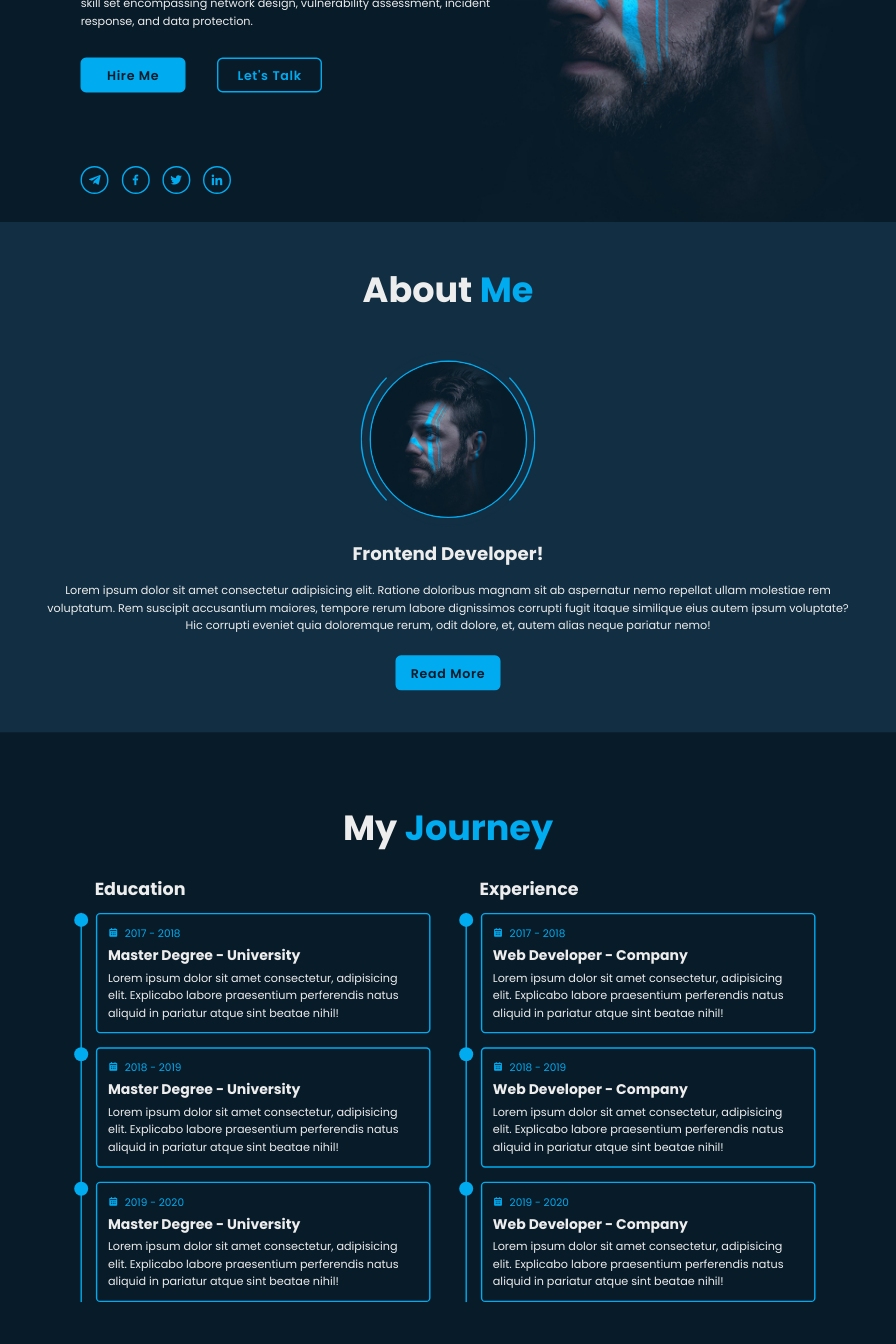
Repository: whoami2991/Sardor-Portfolio
Page: index.html
An editor plug-in stored every save of this project. The page is shown before and after the next save, followed by the edit.
The browser window is 1280 px wide. The pictures show the part of the page from y = 403 to 2323 px (the page is 3867 px tall), at 70% of full size.

Above is the page before, as saved 2024-08-28 14:38:23.
Console error: ReferenceError: documant is not defined

### index.html
<!DOCTYPE html>
<html lang="en">

<head>
    <meta charset="UTF-8">
    <meta http-equiv="X-UA-Compatible" content="IE=edge">
    <meta name="viewport" content="width=device-width, initial-scale=1.0">
    <title>Portfolio</title>

    <link rel="stylesheet" href="css/style.css">

    <!-- box icons -->
    <link href='https://unpkg.com/boxicons@2.1.4/css/boxicons.min.css' rel='stylesheet'>
</head>

<body>

    <!-- header design -->
    <header class="header">
        <a href="#" class="logo">I <span>S</span> M</a>

        <div class="bx bx-menu" id="menu-icon"></div>

        <nav class="navbar">
            <a href="#home" class="active">Home</a>
            <a href="#about">About</a>
            <a href="#education">Education</a>
            <a href="#skills">Skills</a>
            <a href="#contact">Contact</a>
        </nav>
    </header>

    <!-- home section design -->
    <section class="home" id="home">
        <div class="home-content">
            <h1>Hi, I'm <span>Sardor Ismoilov</span></h1>
            <div class="text-animate">
                <h3>Frontend Developer</h3>
            </div>
            <p>With over 10 years of experience in the technology industry, I am a seasoned IT professional specializing in cybersecurity and network infrastructure. Throughout my career, I have developed a comprehensive skill set encompassing network design, vulnerability assessment, incident response, and data protection.</p>
            <div class="btn-box">
                <a href="#" class="btn">Hire Me</a>
                <a href="#" class="btn">Let's Talk</a>
            </div>
        </div>

        <div class="home-sci">
            <a href="https://t.me/ism018"><i class='bx bxl-telegram' ></i></a>
            <a href="https://facebook.com/sardorbek.ismoilov.545"><i class='bx bxl-facebook' ></i></a>
            <a href="https://twitter.com/Snuff_018"><i class='bx bxl-twitter' ></i></a>
            <a href="https://linkedin.com/in/sardor-ismoilov"><i class='bx bxl-linkedin' ></i></a>
        </div>

        <div class="home-imgHover"></div>
    </section>

    <!-- about section design -->
    <section class="about" id="about">
        <h2 class="heading">About <span>Me</span></h2>

        <div class="about-img">
            <img src="images/about.jpg" alt="image">
            <span class="circle-spin"></span>
        </div>

        <div class="about-content">
            <h3>Frontend Developer!</h3>
            <p>Lorem ipsum dolor sit amet consectetur adipisicing elit. Ratione doloribus magnam sit ab aspernatur nemo repellat ullam molestiae rem voluptatum. Rem suscipit accusantium maiores, tempore rerum labore dignissimos corrupti fugit itaque similique eius autem ipsum voluptate? Hic corrupti eveniet quia doloremque rerum, odit dolore, et, autem alias neque pariatur nemo!</p>

            <div class="btn-box btns">
                <a href="#" class="btn">Read More</a>
            </div>
        </div>
    </section>

    <!-- education section design -->
    <section class="education" id="education">
        <h2 class="heading">My <span>Journey</span></h2>

        <div class="education-row">
            <div class="education-column">
                <h3 class="title">Education</h3>

                <div class="education-box">
                    <div class="education-content">
                        <div class="content">
                            <div class="year"><i class='bx bxs-calendar'></i> 2017 - 2018</div>
                            <h3>Master Degree - University</h3>
                            <p>Lorem ipsum dolor sit amet consectetur, adipisicing elit. Explicabo labore praesentium perferendis natus aliquid in pariatur atque sint beatae nihil!</p>
                        </div>
                    </div>

                    <div class="education-content">
                        <div class="content">
                            <div class="year"><i class='bx bxs-calendar'></i> 2018 - 2019</div>
                            <h3>Master Degree - University</h3>
                            <p>Lorem ipsum dolor sit amet consectetur, adipisicing elit. Explicabo labore praesentium perferendis natus aliquid in pariatur atque sint beatae nihil!</p>
                        </div>
                    </div>

                    <div class="education-content">
                        <div class="content">
                            <div class="year"><i class='bx bxs-calendar'></i> 2019 - 2020</div>
                            <h3>Master Degree - University</h3>
                            <p>Lorem ipsum dolor sit amet consectetur, adipisicing elit. Explicabo labore praesentium perferendis natus aliquid in pariatur atque sint beatae nihil!</p>
                        </div>
                    </div>
                </div>
            </div>

            <div class="education-column">
                <h3 class="title">Experience</h3>

                <div class="education-box">
                    <div class="education-content">
                        <div class="content">
                            <div class="year"><i class='bx bxs-calendar'></i> 2017 - 2018</div>
                            <h3>Web Developer - Company</h3>
                            <p>Lorem ipsum dolor sit amet consectetur, adipisicing elit. Explicabo labore praesentium perferendis natus aliquid in pariatur atque sint beatae nihil!</p>
                        </div>
                    </div>

                    <div class="education-content">
                        <div class="content">
                            <div class="year"><i class='bx bxs-calendar'></i> 2018 - 2019</div>
                            <h3>Web Developer - Company</h3>
                            <p>Lorem ipsum dolor sit amet consectetur, adipisicing elit. Explicabo labore praesentium perferendis natus aliquid in pariatur atque sint beatae nihil!</p>
                        </div>
                    </div>

                    <div class="education-content">
                        <div class="content">
                            <div class="year"><i class='bx bxs-calendar'></i> 2019 - 2020</div>
                            <h3>Web Developer - Company</h3>
                            <p>Lorem ipsum dolor sit amet consectetur, adipisicing elit. Explicabo labore praesentium perferendis natus aliquid in pariatur atque sint beatae nihil!</p>
                        </div>
                    </div>
                </div>
            </div>
        </div>
    </section>

    <!-- skills section design -->
    <section class="skills" id="skills">
        <h2 class="heading">My <span>Skills</span></h2>

        <div class="skills-row">
            <div class="skills-column">
                <h3 class="title">Coding Skills</h3>

                <div class="skills-box">
                    <div class="skills-content">
                        <div class="progress">
                            <h3>HTML <span>90%</span></h3>
                            <div class="bar"><span></span></div>
                        </div>

                        <div class="progress">
                            <h3>CSS <span>80%</span></h3>
                            <div class="bar"><span></span></div>
                        </div>

                        <div class="progress">
                            <h3>JavaScript <span>65%</span></h3>
                            <div class="bar"><span></span></div>
                        </div>

                        <div class="progress">
                            <h3>Python <span>75%</span></h3>
                            <div class="bar"><span></span></div>
                        </div>
                    </div>
                </div>
            </div>

            <div class="skills-column">
                <h3 class="title">Professional Skills</h3>

                <div class="skills-box">
                    <div class="skills-content">
                        <div class="progress">
                            <h3>Web Design <span>95%</span></h3>
                            <div class="bar"><span></span></div>
                        </div>

                        <div class="progress">
                            <h3>Web Development <span>67%</span></h3>
                            <div class="bar"><span></span></div>
                        </div>

                        <div class="progress">
                            <h3>Graphic design <span>85%</span></h3>
                            <div class="bar"><span></span></div>
                        </div>

                        <div class="progress">
                            <h3>SEO Marketing <span>60%</span></h3>
                            <div class="bar"><span></span></div>
                        </div>
                    </div>
                </div>
            </div>
        </div>
    </section>

    <!-- contact section design -->

    <section class="contact" id="contact">
        <h2 class="heading">Contact <span>Me!</span></h2>

        <form action="#">
            <div class="input-box">
                <div class="input-field">
                    <input type="text" placeholder="Full Name" required>
                    <span class="focus"></span>
                </div>
                <div class="input-field">
                    <input type="text" placeholder="Email Address" required>
                    <span class="focus"></span>
                </div>
            </div>

            <div class="input-box">
                <div class="input-field">
                    <input type="number" placeholder="Mobile Number" required>
                    <span class="focus"></span>
                </div>
                <div class="input-field">
                    <input type="text" placeholder="Email Subject" required>
                    <span class="focus"></span>
                </div>
            </div>

            <div class="textarea-field">
                <textarea name="" id="" cols="30" rows="10" placeholder="Your Message" required></textarea>
                <span class="focus"></span>
            </div>

            <div class="btn-box btns">
                <button type="submit" class="btn">Submit</button>
            </div>
        </form>
    </section>

    <!-- footer design -->
    <footer class="footer">
        <div class="footer-text">
            <p>Copyright &copy; 2023 by Sardor | All Rights Reserved</p>
        </div>

        <div class="footer-iconTop">
            <a href="#"><i class='bx bx-up-arrow-alt'></i></a>
        </div>
    </footer>


    <script src="js/script.js"></script>
</body>

</html>

### css/style.css
@import url('https://fonts.googleapis.com/css2?family=Poppins:wght@300;400;500;600;700;800;900&display=swap');

* {
    margin: 0;
    padding: 0;
    box-sizing: border-box;
    text-decoration: none;
    border: none;
    outline: none;
    scroll-behavior: smooth;
    font-family: 'Poppins', sans-serif;
}

:root {
    --bg-color: #081b29;
    --second-bg-color: #112e42;
    --text-color: #ededed;
    --main-color: #00abf0;
}

html {
    font-size: 62.5%;
    overflow-x: hidden;
}

body {
    background: var(--bg-color);
    color: var(--text-color);
}

.header {
    position: fixed;
    top: 0;
    left: 0;
    width: 100%;
    padding: 2rem 9%;
    background: transparent;
    display: flex;
    justify-content: space-between;
    align-items: center;
    z-index: 100;
    transition: .3s;
}

.header.sticky {
    background: var(--bg-color);
}

.logo {
    font-size: 2.5rem;
    color: var(--text-color);
    font-weight: 600;
}

.navbar a {
    font-size: 1.7rem;
    color: var(--text-color);
    font-weight: 600;
    margin-left: 3.5rem;
}

.navbar a:hover,
.navbar a.active,
span {
    color: var(--main-color);
}

#menu-icon {
    font-size: 3.6rem;
    color: var(--text-color);
    cursor: pointer;
    display: none;
}

section {
    min-height: 100vh;
    padding: 10rem 9% 2rem;
}

.home {
    display: flex;
    align-items: center;
    padding: 0 9%;
    background: url('/images/home.jpg') no-repeat;
    background-size: cover;
    background-position: center;
}

.home-content {
    max-width: 60rem;
}

.home-content h1 {
    font-size: 5.2rem;
    font-weight: 700;
    line-height: 1.3;
}

.home-content .text-animate {
    position: relative;
    width: 32.8rem;
}

.home-content .text-animate h3 {
    font-size: 3.2rem;
    font-weight: 700;
    color: transparent;
    -webkit-text-stroke: .7px var(--main-color);
}

.home-content p {
    font-size: 1.6rem;
    margin: 2rem 0 4rem;
}

.btn-box {
    position: relative;
    display: flex;
    justify-content: space-between;
    width: 34.5rem;
    height: 5rem;
}

.btn-box .btn {
    position: relative;
    display: inline-flex;
    justify-content: center;
    align-items: center;
    width: 15rem;
    height: 100%;
    background: var(--main-color);
    border: .2rem solid var(--main-color);
    border-radius: .8rem;
    font-size: 1.8rem;
    font-weight: 600;
    letter-spacing: .1rem;
    color: var(--bg-color);
    z-index: 1;
    overflow: hidden;
    transition: .5s;
}

.btn-box .btn:hover {
    color: var(--main-color);
}

.btn-box .btn:nth-child(2) {
    background: transparent;
    color: var(--main-color);
}

.btn-box .btn:nth-child(2):hover {
    color: var(--bg-color);
}

.btn-box .btn:nth-child(2)::before {
    background: var(--main-color);
}

.btn-box .btn::before {
    content: '';
    position: absolute;
    top: 0;
    left: 0;
    width: 0;
    height: 100%;
    background: var(--bg-color);
    z-index: -1;
    transition: .5s;
}

.btn-box .btn:hover::before {
    width: 100%;
}

.home-sci {
    position: absolute;
    bottom: 4rem;
    width: 215px;
    display: flex;
    justify-content: space-between;
}

.home-sci a{
    position: relative;
    display: inline-flex;
    justify-content: center;
    align-items: center;
    width: 40px;
    height: 40px;
    background: transparent;
    border: .2rem solid var(--main-color);
    border-radius: 50%;
    font-size: 20px;
    color: var(--main-color);
    z-index: 1;
    overflow: hidden;
    transition: .5s;
}

.home-sci a:hover {
    color: var(--bg-color);
}

.home-sci a::before {
    content: '';
    position: absolute;
    top: 0;
    left: 0;
    width: 0;
    height: 100%;
    background: var(--main-color);
    z-index: -1;
    transition: .5s;
}

.home-sci a:hover::before {
    width: 100%;
}

.home-imgHover {
    position: absolute;
    top: 0;
    right: 0;
    width: 45%;
    height: 100%;
    background: transparent;
    transition: 3s;
}

.home-imgHover:hover {
    background: var(--bg-color);
    opacity: .8;
}

.about {
    display: flex;
    justify-content: center;
    align-items: center;
    flex-direction: column;
    gap: 2rem;
    background:  var(--second-bg-color);
    padding: 6rem;
}

.heading {
    font-size: 5rem;
    margin-bottom: 3rem;
    text-align: center;
}

.about-img {
    position: relative;
    width: 25rem;
    height: 25rem;
    border-radius: 50%;
    display: flex;
    justify-content: center;
    align-items: center;
}

.about-img img {
    width: 90%;
    border-radius: 50%;
    border: .2rem solid var(--main-color);
}

.about-img .circle-spin {
    position: absolute;
    top: 50%;
    left: 50%;
    transform: translate(-50%, -50%) rotate(0);
    width: 100%;
    height: 100%;
    border-radius: 50%;
    border-top: .2rem solid var(--second-bg-color);
    border-bottom: .2rem solid var(--second-bg-color);
    border-left: .2rem solid var(--main-color);
    border-right: .2rem solid var(--main-color);
}

.about-content {
    text-align: center;
}

.about-content h3 {
    font-size: 2.6rem;
}

.about-content p {
    font-size: 1.6rem;
    margin: 2rem 0 3rem;
}

.btn-box.btns {
    display: inline-block;
    width: 15rem;
}

.btn-box.btns a::before {
    background: var(--second-bg-color);
}

.education {
    display: flex;
    justify-content: center;
    align-items: center;
    flex-direction: column;
    min-height: auto;
    padding-bottom: 5rem;
}

.education .education-row {
    display: flex;
    flex-wrap: wrap;
    gap: 5rem;
}

.education-row .education-column {
    flex: 1 1 40rem;
}

.education-column .title {
    font-size: 2.5rem;
    margin: 0 0 1.5rem 2rem;
}

.education-column .education-box {
    border-left: .2rem solid var(--main-color);
}

.education-box .education-content {
    position: relative;
    padding-left: 2rem;
}

.education-box .education-content::before {
    content: '';
    position: absolute;
    top: 0;
    left: -1.1rem;
    width: 2rem;
    height: 2rem;
    background: var(--main-color);
    border-radius: 50%;
}

.education-content .content {
    position: relative;
    padding: 1.5rem;
    border: .2rem solid var(--main-color);
    border-radius: .6rem;
    margin-bottom: 2rem;
    overflow: hidden;
}

.education-content .content::before {
    content: '';
    position: absolute;
    top: 0;
    left: 0;
    width: 0;
    height: 100%;
    background: var(--second-bg-color);
    z-index: -1;
    transition: .5s;
}

.education-content .content:hover::before {
    width: 100%;
}

.education-content .content .year {
    font-size: 1.5rem;
    color: var(--main-color);
    padding-bottom: .5rem;
}

.education-content .content .year i {
    padding-right: .5rem;
}

.education-content .content h3 {
    font-size: 2rem;
}

.education-content .content p {
    font-size: 1.6rem;
    padding-top: .5rem;
}

.skills {
    min-height: auto;
    padding-bottom: 7rem;
    background: var(--second-bg-color);
}

.skills .skills-row {
    display: flex;
    flex-wrap: wrap;
    gap: 5rem;
}

.skills-row .skills-column {
    flex: 1 1 40rem;
}

.skills-column .title {
    font-size: 2.5rem;
    margin: 0 0 1.5rem;
}

.skills-box .skills-content {
    position: relative;
    border: .2rem solid var(--main-color);
    border-radius: .6rem;
    padding: .5rem 1.5rem;
    z-index: 1;
    overflow: hidden;
}

.skills-box .skills-content::before {
    content: '';
    position: absolute;
    top: 0;
    left: 0;
    width: 0;
    height: 100%;
    background: var(--bg-color);
    z-index: -1;
    transition: .5s;
}

.skills-box .skills-content:hover::before {
    width: 100%;
}

.skills-content .progress {
    padding: 1rem;
}

.skills-content .progress h3 {
    font-size: 1.7rem;
    display: flex;
    justify-content: space-between;
}

.skills-content .progress h3 span {
    color: var(--text-color);
}

.skills-content .progress .bar {
    height: 2.5rem;
    border-radius: .6rem;
    border: .2rem solid var(--main-color);
    padding: .5rem;
    margin: 1rem 0;
}

.skills-content .progress .bar span {
    display: block;
    height: 100%;
    border-radius: .3rem;
    background: var(--main-color);
}

.skills-column:nth-child(1) .skills-content .progress:nth-child(1) .bar span {
    width: 90%;
}

.skills-column:nth-child(1) .skills-content .progress:nth-child(2) .bar span {
    width: 80%;
}

.skills-column:nth-child(1) .skills-content .progress:nth-child(3) .bar span {
    width: 65%;
}

.skills-column:nth-child(1) .skills-content .progress:nth-child(4) .bar span {
    width: 75%;
}

.skills-column:nth-child(2) .skills-content .progress:nth-child(1) .bar span {
    width: 95%;
}

.skills-column:nth-child(2) .skills-content .progress:nth-child(2) .bar span {
    width: 67%;
}

.skills-column:nth-child(2) .skills-content .progress:nth-child(3) .bar span {
    width: 85%;
}

.skills-column:nth-child(2) .skills-content .progress:nth-child(4) .bar span {
    width: 60%;
}

.content {
    min-height: auto;
    padding-bottom: 7rem;
}

.contact form{
    max-width: 70rem;
    margin: 0 auto;
    text-align: center;
}

.contact form .input-box {
    position: relative;
    display: flex;
    justify-content: space-between;
    flex-wrap: wrap;
}

.contact form .input-box .input-field {
    position: relative;
    width: 49%;
    margin: .8rem 0;
}

.contact form .input-box .input-field input,
.contact form .textarea-field textarea {
    width: 100%;
    height: 100%;
    padding: 1.5rem;
    font-size: 1.6rem;
    color: var(--text-color);
    background: transparent;
    border-radius: .6rem;
    border: .2rem solid var(--main-color);
}

.contact form .input-box .input-field input::placeholder,
.contact form .textarea-field textarea::placeholder {
    color: var(--text-color);
}

.contact form .focus {
    position: absolute;
    top: 0;
    left: 0;
    width: 0;
    height: 100%;
    background: var(--second-bg-color);
    border-radius: .6rem;
    z-index: -1;
    transition: .5s;
}

.contact form .input-box .input-field input:focus~.focus,
.contact form .input-box .input-field input:valid~.focus,
.contact form .textarea-field textarea:focus~.focus,
.contact form .textarea-field textarea:valid~.focus {
    width: 100%;
}

.contact form .textarea-field {
    position: relative;
    margin: .8rem 0 2.7rem;
    display: flex;
}

.contact form .textarea-field textarea {
    resize: none;
}

.contact form .btn-box.btns .btn {
    cursor: pointer;
}

.footer {
    display: flex;
    justify-content: space-between;
    align-items: center;
    flex-wrap: wrap;
    padding: 2rem 9%;
    background: var(--second-bg-color);
}

.footer-text p {
    font-size: 1.6rem;
}

.footer-iconTop a {
    position: relative;
    display: inline-flex;
    justify-content: center;
    align-items: center;
    padding: .8rem;
    background: var(--main-color);
    border: .2rem solid var(--main-color);
    border-radius: .6rem;
    z-index: 1;
    overflow: hidden;
}

.footer-iconTop a::before {
    content: '';
    position: absolute;
    top: 0;
    left: 0;
    width: 0;
    height: 100%;
    background: var(--second-bg-color);
    z-index: -1;
    transition: .5s;
}

.footer-iconTop a:hover::before {
    width: 100%;
}

.footer-iconTop a i {
    font-size: 2.4rem;
    color: var(--bg-color);
    transition: .5s;
}

.footer-iconTop a:hover i {
    color: var(--main-color);
}

### js/script.js
// toggle icon navbar


// scroll sections
let section = documant.querySelectorAll('section');
let navLinks = document.querySelectorAll('header nav a');

window.onscroll = () => {
    section.forEach(sec => {
        let top = window.scrollY;
        let offset = sec.offsetTop - 100;
        let height = sec.offsetHeight;
        let id = sec.getAttribute('id');

        if(top >= offset && top < offset + height ) {
            //active navbar links
            navLinks.forEach(links => {
                links.classList.remove('active');
                document.querySelector('header nav a[href*=' + id +']').classList.add('active');
            });
        }
    });
    // sticky header
    let header = document.querySelector('header');

    header.classList.toggle('sticky', window.scrollY > 100);
}


    // remove toggle icon and navbar when click navbar links (scroll)


    // animation footer on scroll

After the next save:
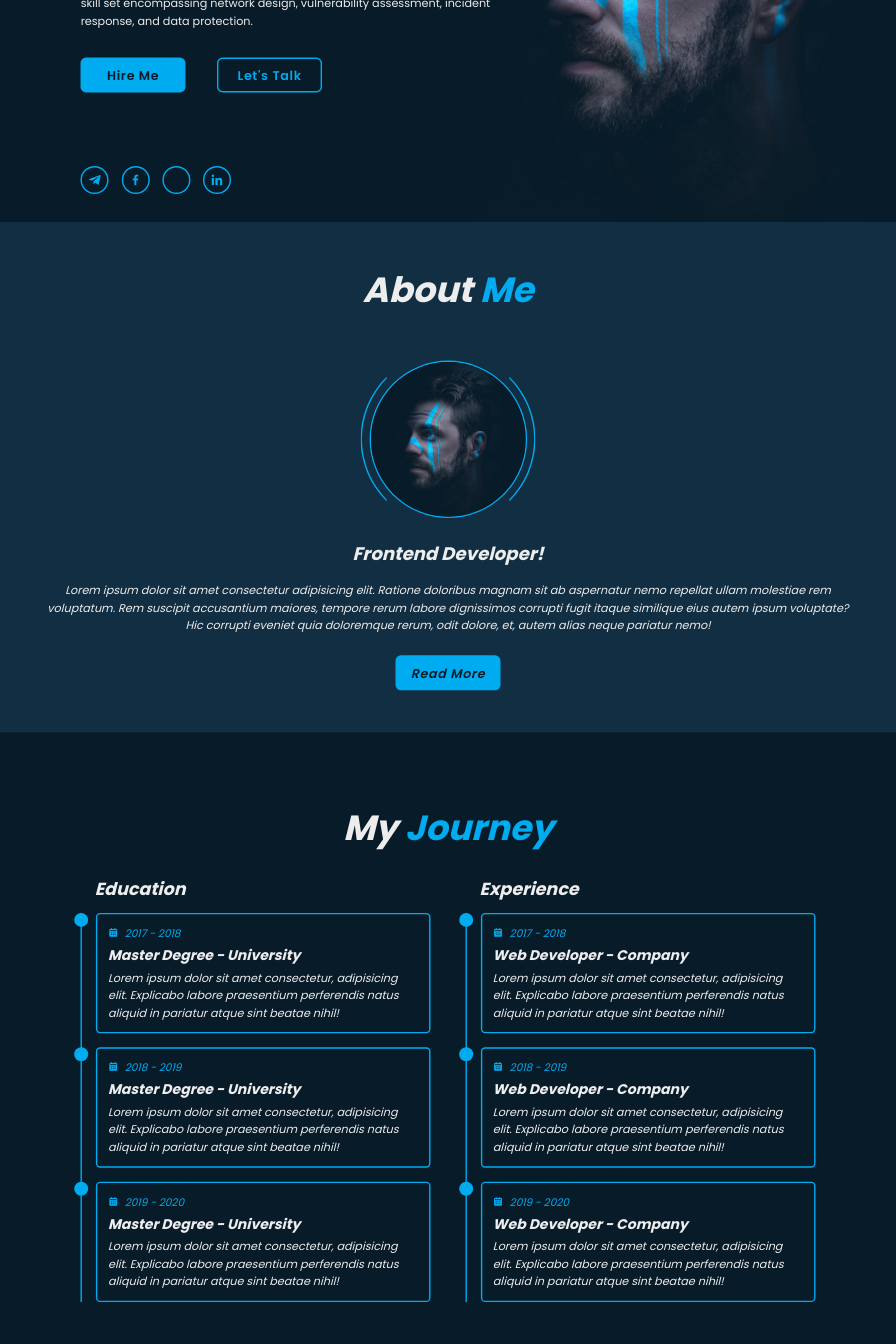
Saved 11 h 51 min later.
--- a/index.html
+++ b/index.html
@@ -47,7 +47,7 @@
         <div class="home-sci">
             <a href="https://t.me/ism018"><i class='bx bxl-telegram' ></i></a>
             <a href="https://facebook.com/sardorbek.ismoilov.545"><i class='bx bxl-facebook' ></i></a>
-            <a href="https://twitter.com/Snuff_018"><i class='bx bxl-twitter' ></i></a>
+            <a href="https://twitter.com/Snuff_018"><i class="fa-brands fa-x-twitter"></a>
             <a href="https://linkedin.com/in/sardor-ismoilov"><i class='bx bxl-linkedin' ></i></a>
         </div>
 
